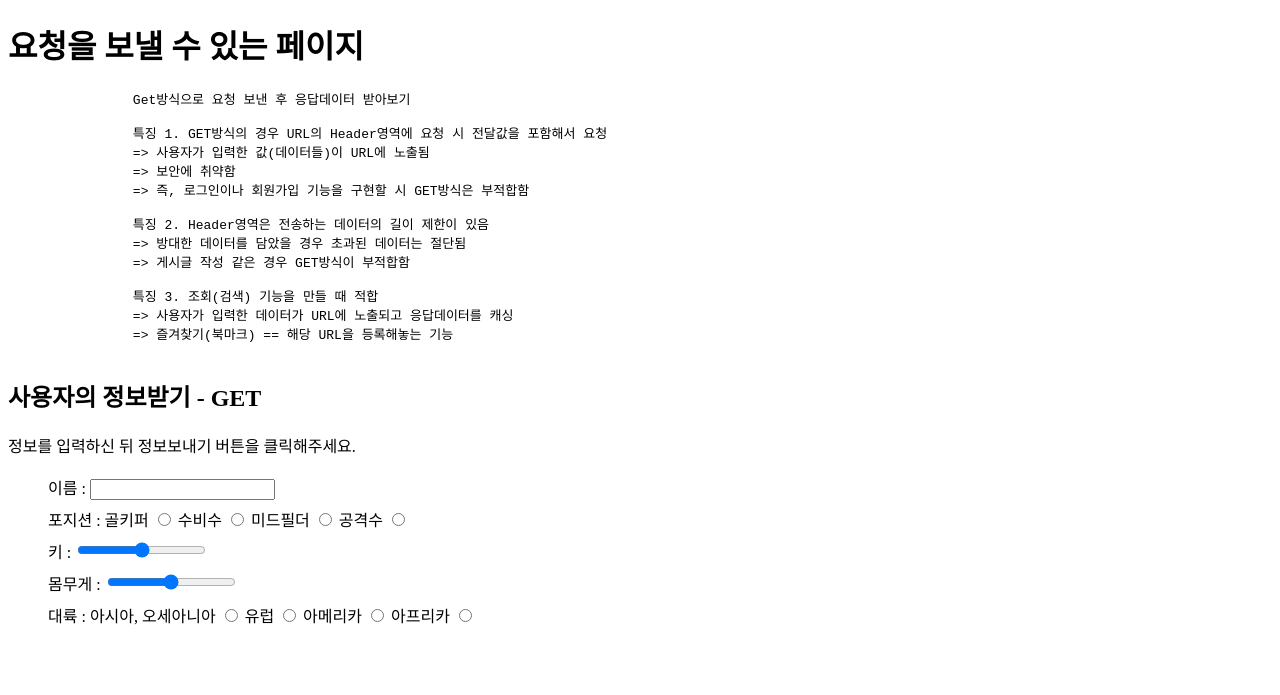
Repository: rlaehqkf/java_practice
Page: MyFirstWebProject/src/main/webapp/views/request_get.html
The author's editor kept a copy of each file at every save. The page is drawn from the files as they stood at one save, then again after the next save.
The browser window is 1280 px wide. The pictures show the whole page.

Above is the page before, as saved 2026-05-04 08:39:23.

After the next save:
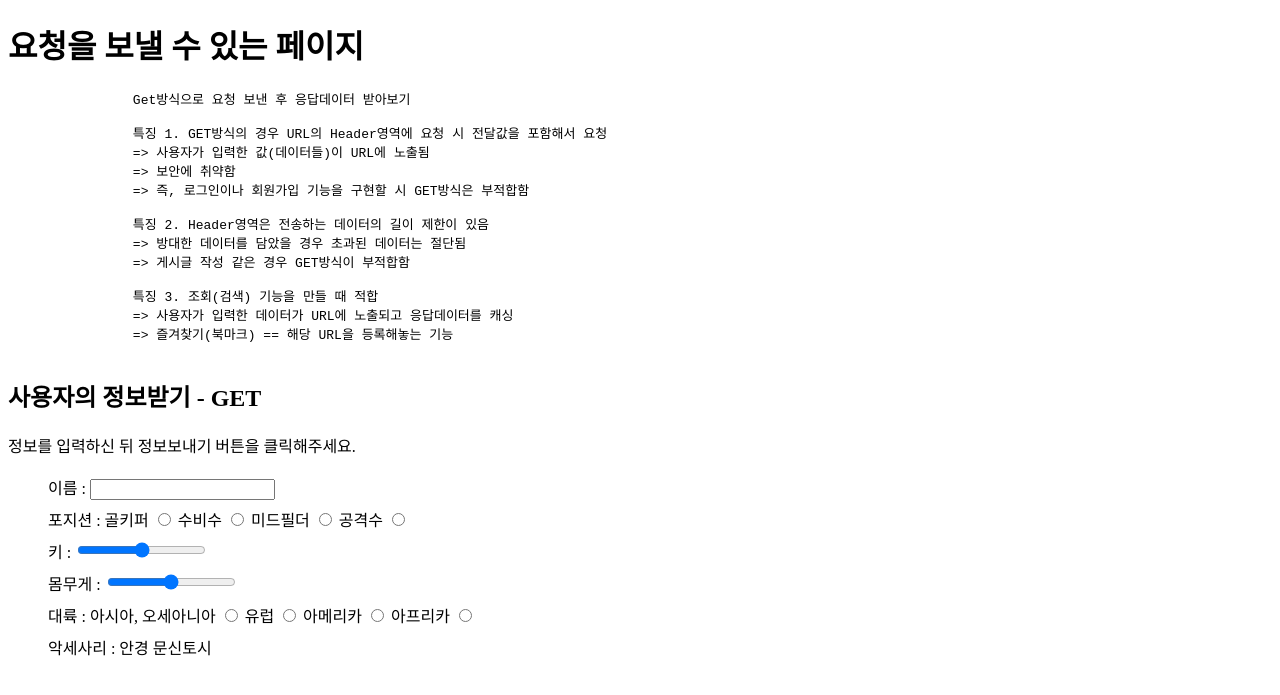
Saved 90 s later.
--- a/MyFirstWebProject/src/main/webapp/views/request_get.html
+++ b/MyFirstWebProject/src/main/webapp/views/request_get.html
@@ -118,6 +118,9 @@
 				아프리카 <input type="radio" name="continent" />
 			</li>
 			<li>
+				악세사리 :
+				안경
+				문신토시
 
 			</li>
 			<li>
